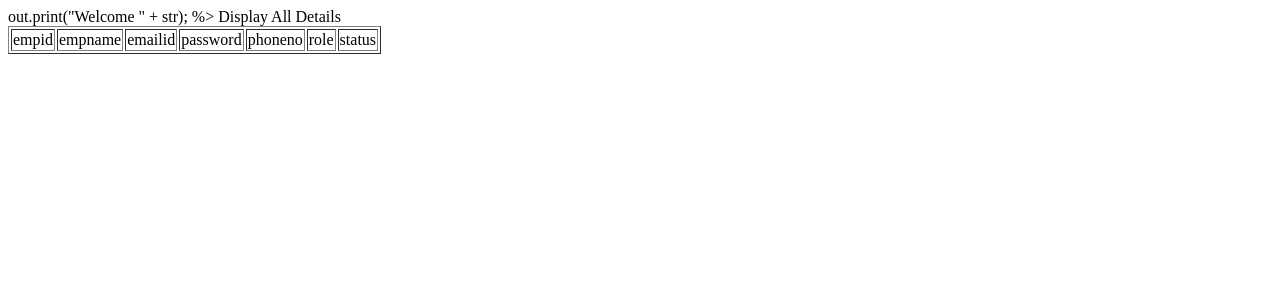
Repository: saurabh836/fullstackprojects
Page: http://localhost/EmployeeSkillProject/hr.jsp
An editor plug-in stored every save of this project. The page is shown before and after the next save, followed by the edit.
The browser window is 1280 px wide. The pictures show the whole page.
The page is served by Tomcat 9. Queries for data that is not in the repository find no rows.

Above is the page before, as saved 2018-07-29 14:01:28.

After the next save:
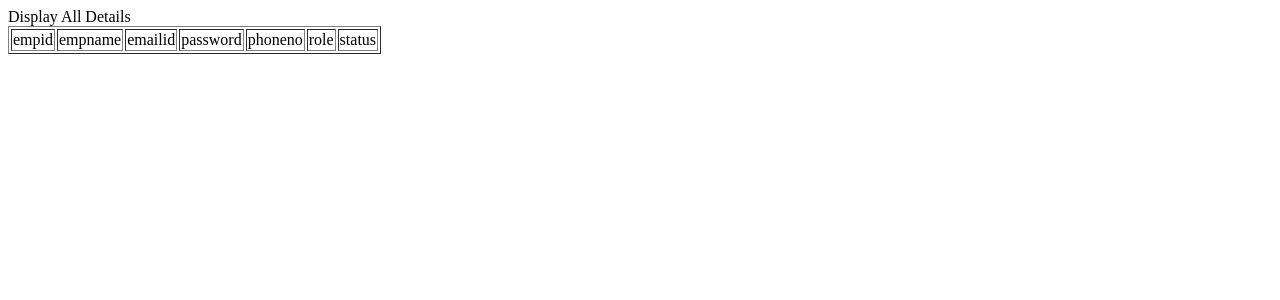
Saved 42 s later.
--- a/EmployeeSkillProject/WebContent/hr.jsp
+++ b/EmployeeSkillProject/WebContent/hr.jsp
@@ -13,7 +13,7 @@
 <body>
 
 
-out.print("Welcome " + str); %>
+
 Display All Details
 <sql:setDataSource var="snapshot" driver="com.mysql.jdbc.Driver" url="jdbc:mysql://localhost:3306/employee_records" user = "root"  password = "123456789"/>
 <sql:query dataSource = "${snapshot}" sql = "select * from empskillset" var = "result" />
